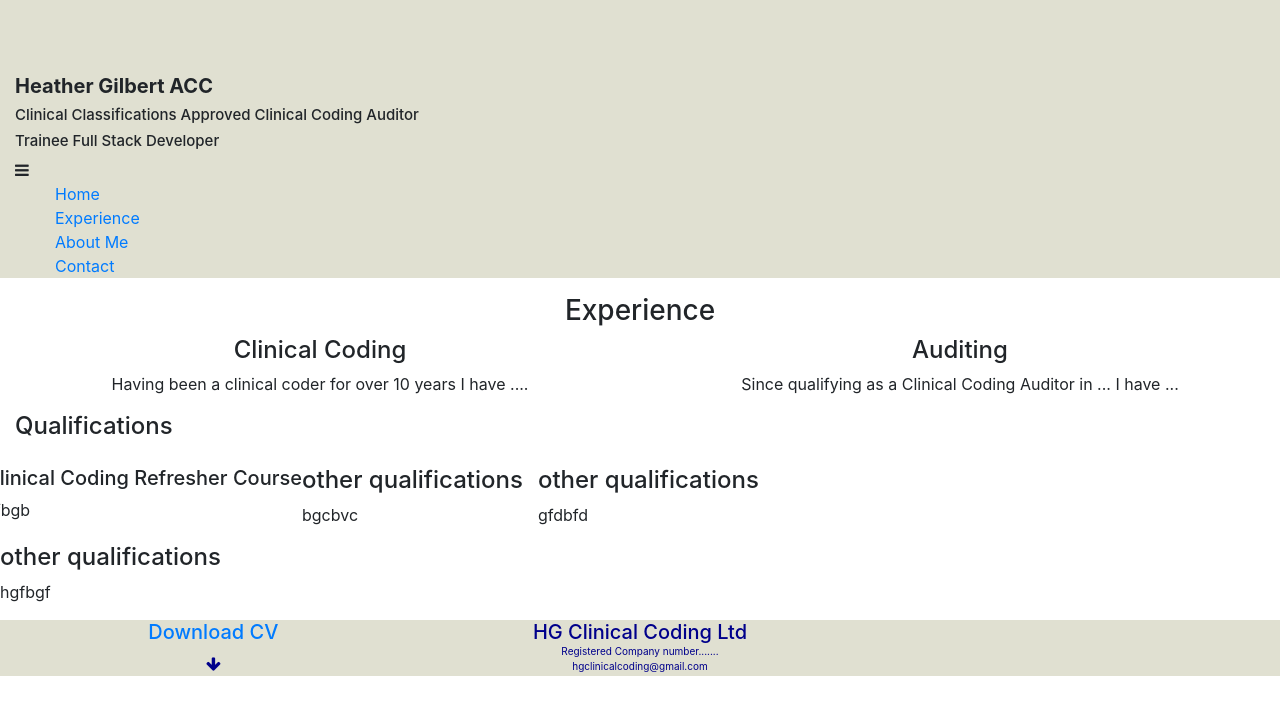
Repository: Code-Institute-Submissions/fsd-ms-project1-resume
Page: resume.html
The author's editor kept a record of every edit. The page is drawn from the files as they stood at one moment, then again after the next edit.
The browser window is 1280 px wide. The pictures show the whole page.

Above is the page before.

After the next edit:
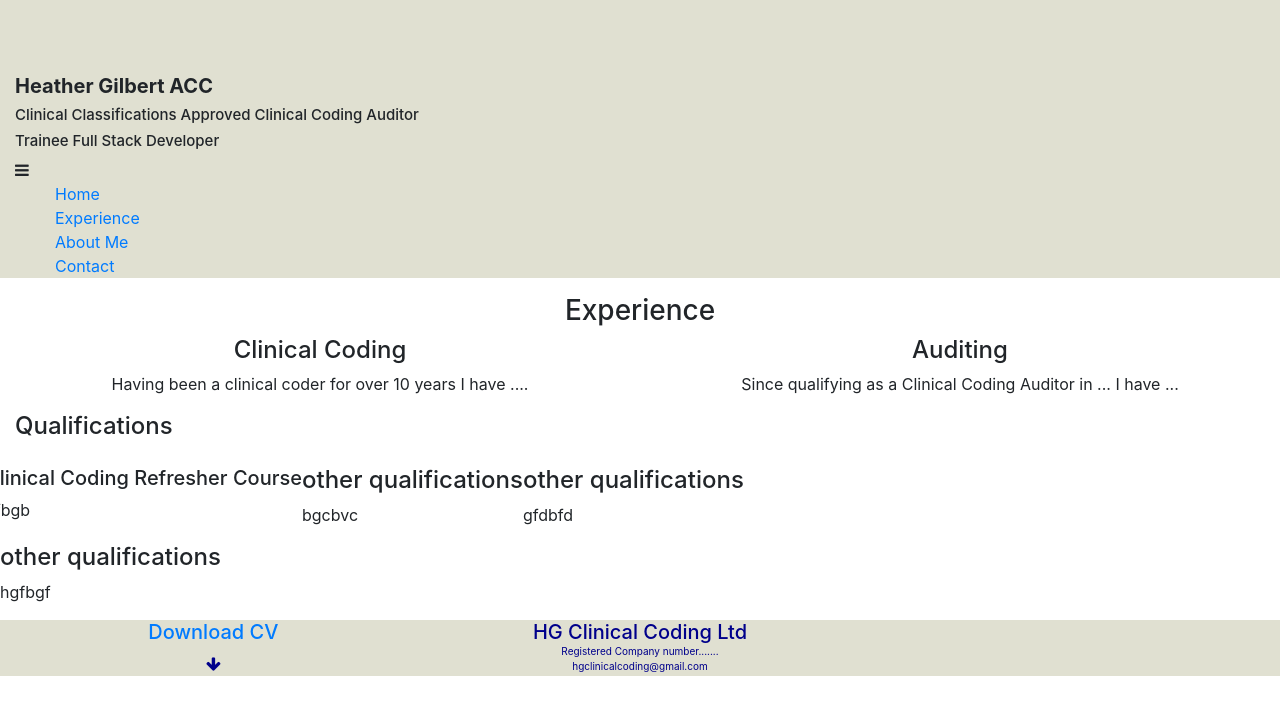
The edit:
--- a/resume.html
+++ b/resume.html
@@ -68,7 +68,7 @@
                     <h4> other qualifications</h4>
                     <p>bgcbvc</p>
                 </div>
-                <div class="timeline col-sm-3" data-dates="2017">
+                <div class="timeline" data-dates="2017">
                     <h4>other qualifications</h4>
                     <p>gfdbfd</p>
                 </div>
